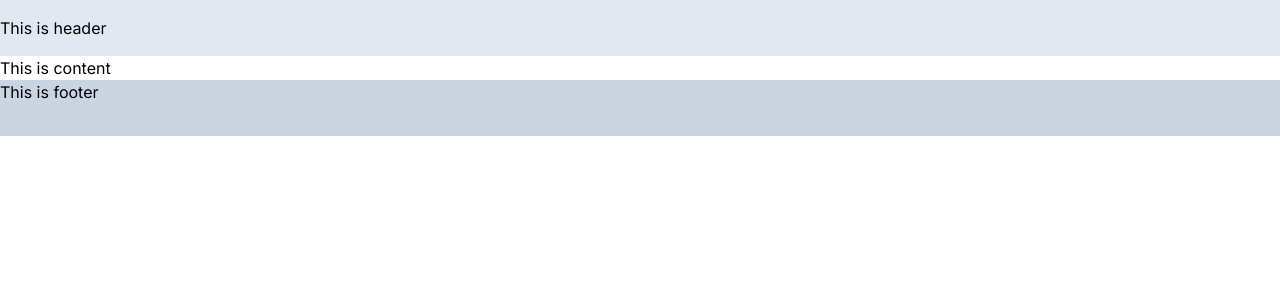
Repository: nirazanbasnet/test-react-swipeable
Page: /
These files come from the project's save history. The page is drawn as it stood at one moment and after the next save; the edit follows.
The browser window is 1280 px wide. The pictures show the whole page.
The project was rebuilt for these pictures with package versions that can differ from the ones it lists, and the page was loaded fresh each time. The framework's server and built-in components were replaced by stand-ins that run in the browser. Also part of the build but not shown: next.config.mjs.

Above is the page before, as saved 2024-02-07 09:42:09.

After the next save:
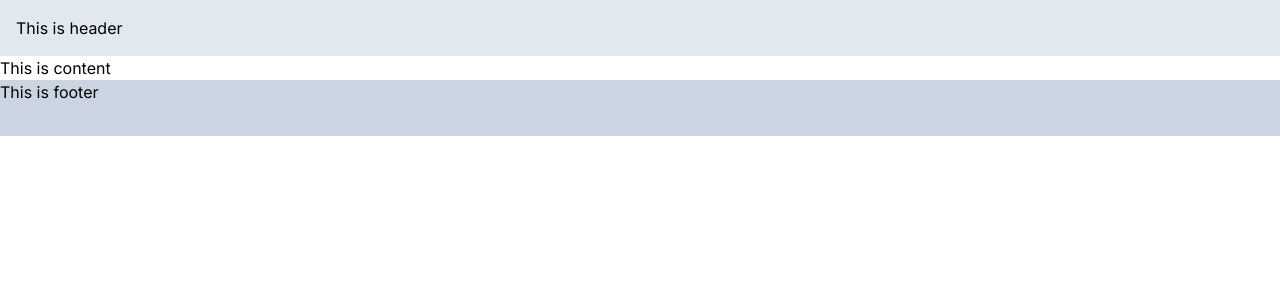
Saved 4 s later.
--- a/src/components/AppLayout.js
+++ b/src/components/AppLayout.js
@@ -1,7 +1,7 @@
 export default function AppLayout({ children }) {
 	return (
 		<>
-			<header className="flex items-center h-14 bg-slate-200">This is header</header>
+			<header className="flex items-center px-4 h-14 bg-slate-200">This is header</header>
 			<main>{children}</main>
 			<footer className="h-14 bg-slate-300">This is footer</footer>
 		</>
